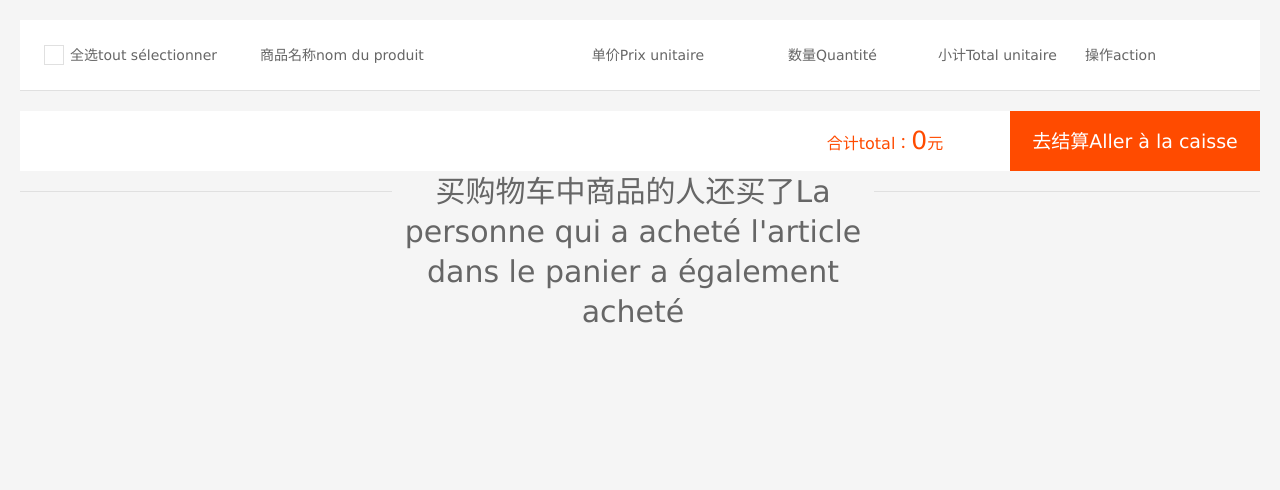
Repository: clairedupuich/excercice
Page: javaScript/banier d'achat/购物车.html
These files come from the project's save history. The page is drawn as it stood at one moment and after the next save; the edit follows.
The browser window is 1280 px wide. The pictures show the whole page.

Above is the page before, as saved 2020-10-12 15:23:47.
Console error: SyntaxError: Unexpected end of input

### javaScript/banier d'achat/购物车.html
<!DOCTYPE html>
<html lang="en">

<head>
    <meta charset="UTF-8">
    <meta name="viewport" content="width=device-width, initial-scale=1.0">
    <title>panier d'achat</title>
    <link rel="stylesheet" href="购物车.css">
</head>

<body>
    <!--购物车打开页-->
    <div id="car" class="car">

        <div class="head_row hid">
            <div class="check left"> <i onclick="checkAll()">√</i></div>
            <div class="img left"> 全选tout sélectionner</div>
            <div class="name left">商品名称nom du produit</div>
            <div class="price left">单价Prix ​​unitaire</div>
            <div class="number left">数量Quantité</div>
            <div class="subtotal left">小计Total unitaire</div>
            <div class="ctrl left">操作action</div>
        </div>

    </div>
    <!--结算区域-->
    <div id="sum_area">
        <div id="pay">去结算Aller à la caisse</div>
        <div id="pay_amout">合计total：<span id="price_num">0</span>元</div>
    </div>

    <!--推广广告区域-->
    <div id="box">
        <h2 class="box_head"><span>买购物车中商品的人还买了La personne qui
            a acheté l'article dans le panier a également acheté</span></h2>

        <ul>
        </ul>
    </div>


    <script src="购物车.js"></script>
</body>

</html>

### javaScript/banier d'achat/购物车.css
* {
    margin: 0;
    padding: 0;
    font-family: Verdana, Geneva, Tahoma, sans-serif;
    list-style: none;
    color: #666;
    text-decoration: none;
    font-size: 14px;
}

body {
    background: #f5f5f5;
    height: 100%;
}

.header {
    font-size: 12px;
    border-bottom: 2px solid #ff6700;
    background: #fff;
    color: #b0b0b0;
    position: relative;
    z-index: 20;
    height: 100px;
}

.header .container {
    position: relative;
    width: 1226px;
    margin-right: auto;
    margin-left: auto;
}

.header .container .header-logo {
    width: 93px;
    margin-top: 26px;
}

.logo {
    width: 48px;
    height: 48px;
    position: relative;
    display: block;
    width: 55px;
    height: 55px;
    overflow: hidden;
    background-color: #ff6700;
}

.header-title {
    float: left;
    margin-top: 26px;
    font-size: 12px;
}

.topbar-info {
    margin-top: 30px;
    line-height: 40px;
}

.link {
    padding: 0 5px;
    color: #757575;
    text-decoration: none;
}

.hid {
    overflow: hidden;
}

.left {
    float: left;
}

.box_head {
    position: relative;
    margin: 0;
    height: 50px;
    font-size: 30px;
    font-weight: 400;
    color: #757575;
    border-top: 1px solid #e0e0e0;
}

.box_head span {
    position: absolute;
    top: -20px;
    left: 372px;
    height: 40px;
    width: 482px;
    line-height: 40px;
    text-align: center;
    display: block;
    background-color: #f5f5f5;
    font-size: 30px;
}

#box {
    width: 1240px;
    margin: 20px auto;
}

#box ul {
    margin-right: -14px;
    overflow: hidden;
}

#box li {
    width: 234px;
    float: left;
    margin-right: 14px;
    padding: 24px 0 20px;
    background: #FFF;
    text-align: center;
    position: relative;
    cursor: pointer;
    margin-bottom: 14px;
}

.pro_img {
    width: 150px;
    height: 150px;
    margin: 0 auto 18px;
}

.pro_name {
    display: block;
    text-overflow: ellipsis;
    white-space: nowrap;
    overflow: hidden;
    font-weight: 400;
}

.pro_name a {
    color: #333;
}

.pro_price {
    color: #ff6700;
    margin: 10px;
}

.pro_rank {
    color: #757575;
    margin: 10px;
}

#box li:hover .add_btn {
    display: block;
}

#box li:hover .pro_rank {
    opacity: 0;
}

#box li .add_btn:hover {
    background-color: #f60;
    color: white;
}

.add_btn {
    height: 22px;
    position: absolute;
    width: 122px;
    bottom: 28px;
    left: 50%;
    margin-left: -61px;
    line-height: 22px;
    display: none;
    color: #F60;
    font-size: 12px;
    border: 1px solid #f60;
}

.car {
    width: 1240px;
    margin: 20px auto;
    background: #FFF;
}

.car .check {
    width: 50px;

}

.car .check i {
    color: #fff;
    display: inline-block;

    width: 18px;
    height: 18px;
    line-height: 18px;
    border: 1px solid #e0e0e0;
    margin-left: 24px;
    background-color: #fff;
    font-size: 16px;
    text-align: center;
    vertical-align: middle;
    position: relative;
    top: -1px;
    cursor: pointer;
    font-family: "iconfont";
}

.i_acity {

    border-color: #ff6700 !important;
    background-color: #ff6700 !important;
}

.car .img {
    width: 190px;
}

.car .img img {
    display: block;
    width: 80px;
    height: 80px;
    margin: 3px auto;
}

.car .name {
    width: 300px;
}

.car .name span {
    line-height: 1;
    margin-top: 8px;
    margin-bottom: 8px;
    font-size: 18px;
    font-weight: normal;
    text-overflow: ellipsis;
    white-space: nowrap;
    overflow: hidden;
}

.car .price {
    width: 144px;
    text-align: right;
    padding-right: 84px;
}

.car .price span {
    color: #ff6700;
    font-size: 16px;
}

.car .number {
    width: 150px;
}

.car .subtotal {
    width: 130px;

}

.car .ctrl {
    width: 105px;
    padding-right: 25px;
    text-align: center;
}

.car .ctrl a {
    font-size: 20px;
    cursor: pointer;
    display: block;
    width: 26px;
    height: 26px;
    margin: 30px auto;
    line-height: 26px;
}

.car .ctrl a:hover {
    color: #FFF;
    background: #ff6700;
    border-radius: 50%;
}

.head_row {
    height: 70px;
    line-height: 70px;
}

.head_row,
.row {
    border-bottom: solid 1px #e0e0e0;
}

.row {
    height: 86px;
    line-height: 86px;
    padding: 15px 0;
    margin: 0px;
}

#sum_area {
    width: 1240px;
    height: 60px;
    background: white;
    margin: 20px auto;
}

#sum_area #pay {
    width: 250px;
    height: 60px;
    text-align: center;
    float: right;
    line-height: 60px;
    font-size: 19px;
    background: #FF4B00;
    color: white;
}

#sum_area #pay_amout {
    width: 250px;
    height: 60px;
    text-align: center;
    float: right;
    line-height: 60px;
    font-size: 16px;
    color: #FF4B00;
}

#sum_area #pay_amout #price_num {
    width: 100px;
    height: 60px;
    font-size: 25px;
    color: #FF4B00;
    /*  float: left;*/
}

.item_count_i {
    height: 85px;
    width: 10%;
    /*border: 1px solid black;*/
    float: left;
    margin-right: 25px;
}

.num_count {
    width: 150px;
    height: 40px;
    border: 1.2px solid #E0E0E0;
    float: right;
    margin-top: 21px;

}

.count_i {
    width: 30%;
    height: 40px;
    line-height: 40px;
    float: left;
    text-align: center;
    font-size: 21px;
    color: #747474;
}

.count_i:hover {
    width: 30%;
    height: 40px;
    line-height: 40px;
    float: left;
    text-align: center;
    font-size: 21px;
    color: #747474;
    background: #E0E0E0;
    cursor: pointer;
}

.c_num {
    width: 40%;
    height: 40px;
    line-height: 40px;
    float: left;
    text-align: center;
    font-size: 16px;
    color: #747474;
}

.count_d {
    width: 30%;
    height: 40px;
    line-height: 40px;
    float: left;
    text-align: center;
    font-size: 25px;
    color: #747474;
}

.count_d:hover {
    width: 30%;
    height: 40px;
    line-height: 40px;
    float: left;
    text-align: center;
    font-size: 25px;
    color: #747474;
    background: #E0E0E0;
    cursor: pointer;
}

.i_acity2 {
    border-color: #ff6700 !important;
    background-color: #ff6700 !important;
}

### javaScript/banier d'achat/购物车.js
/* 一、基本功能
添加商品到购物车
移出购物车中的商品
选中某个商品，动态更新结算价格
商品数量的增加与减少
全选、反选，动态更新结算价格
 */

window.onload = function() {
    var aData = [{
            "imgUrl": "img/03-car-01.png",
            "proName": " 小米手环4 NFC版 ",
            "proPrice": "229",
            "proComm": "1"
        },
        {
            "imgUrl": "img/03-car-02.png",
            "proName": " Redmi AirDots真无线蓝牙耳机 ",
            "proPrice": "99.9",
            "proComm": "9.7"
        },
        {
            "imgUrl": "img/03-car-03.png",
            "proName": " 米家蓝牙温湿度计 ",
            "proPrice": "65",
            "proComm": "1.3"
        },
        {
            "imgUrl": "img/03-car-04.png",
            "proName": " 小米小爱智能闹钟 ",
            "proPrice": "149",
            "proComm": "1.1"
        },
        {
            "imgUrl": "img/03-car-05.png",
            "proName": "米家电子温湿度计Pro  ",
            "proPrice": "750",
            "proComm": "0.3"
        },
        {
            "imgUrl": "img/03-car-06.png",
            "proName": " 小米手环3 NFC版 Pro  ",
            "proPrice": "199",
            "proComm": "3.3"
        },
        {
            "imgUrl": "img/03-car-07.png",
            "proName": " 小米手环3 / 4 通用腕带",
            "proPrice": "19.9",
            "proComm": "1.2"
        },
        {
            "imgUrl": "img/03-car-08.png",
            "proName": "  米家温湿度传感器 ",
            "proPrice": "45",
            "proComm": "0.6"
        },
        {
            "imgUrl": "img/03-car-09.png",
            "proName": "  米家电子温湿度计Pro 3个装  ",
            "proPrice": "207",
            "proComm": "0.3"
        },
        {
            "imgUrl": "img/03-car-10.png",
            "proName": " 小米手环3 ",
            "proPrice": "199",
            "proComm": "7.2"
        }
    ];
    var oBox = document.getElementById("box");//商品列表所在的div
    var oUl = document.getElementsByTagName("ul")[0];//商品列表所在的ul
    //遍历所有商品
    for (var i = 0; i < aData.length; i++) {
        var oLi = document.createElement("li");
        var data = aData[i];
        oLi.innerHTML += '<div class="pro_img"><img src="' + data["imgUrl"] + '" width="150" height="150"></div>';
        oLi.innerHTML += '<h3 class="pro_name"><a href="#">' + data["proName"] + '</a></h3>';
        oLi.innerHTML += '<p class="pro_price">' + data["proPrice"] + '元</p>';
        oLi.innerHTML += '<p class="pro_rank">' + data["proComm"] + '万人好评</p>';
        oLi.innerHTML += '<div class="add_btn">加入购物车</div>';
        oUl.appendChild(oLi);

    }

After the next save:
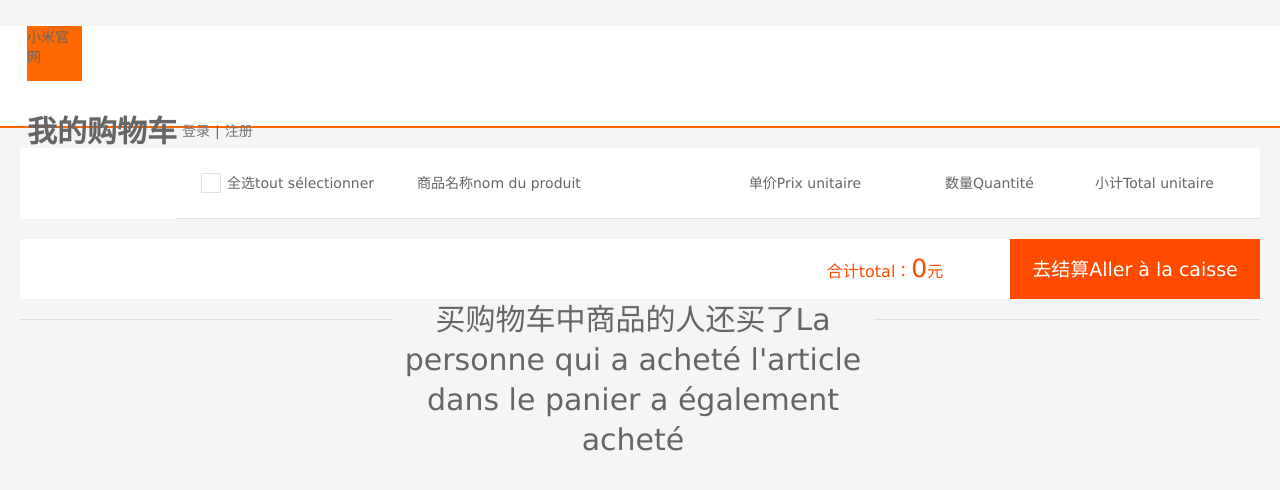
Saved 38 min 37 s later.
--- a/javaScript/banier d'achat/购物车.html
+++ b/javaScript/banier d'achat/购物车.html
@@ -9,6 +9,18 @@
 </head>
 
 <body>
+    <div class="header">
+        <div class="container">
+            <div class="header-logo">
+                <a class="logo ir" href="" title="小米官网">小米官网</a>
+            </div>
+            <div class="header-title" id="J_miniHeaderTitle">
+                <h2 style="font-size: 30px;">我的购物车</h2>
+            </div>
+            <div class="topbar-info" id="J_userInfo">
+                <a class="link" href="http://www.weichufeng.cn/login.jsp">登录</a><span class="sep">|</span><a class="link" href="http://www.weichufeng.cn/regist.jsp">注册</a></div>
+        </div>
+    </div>
     <!--购物车打开页-->
     <div id="car" class="car">
 
